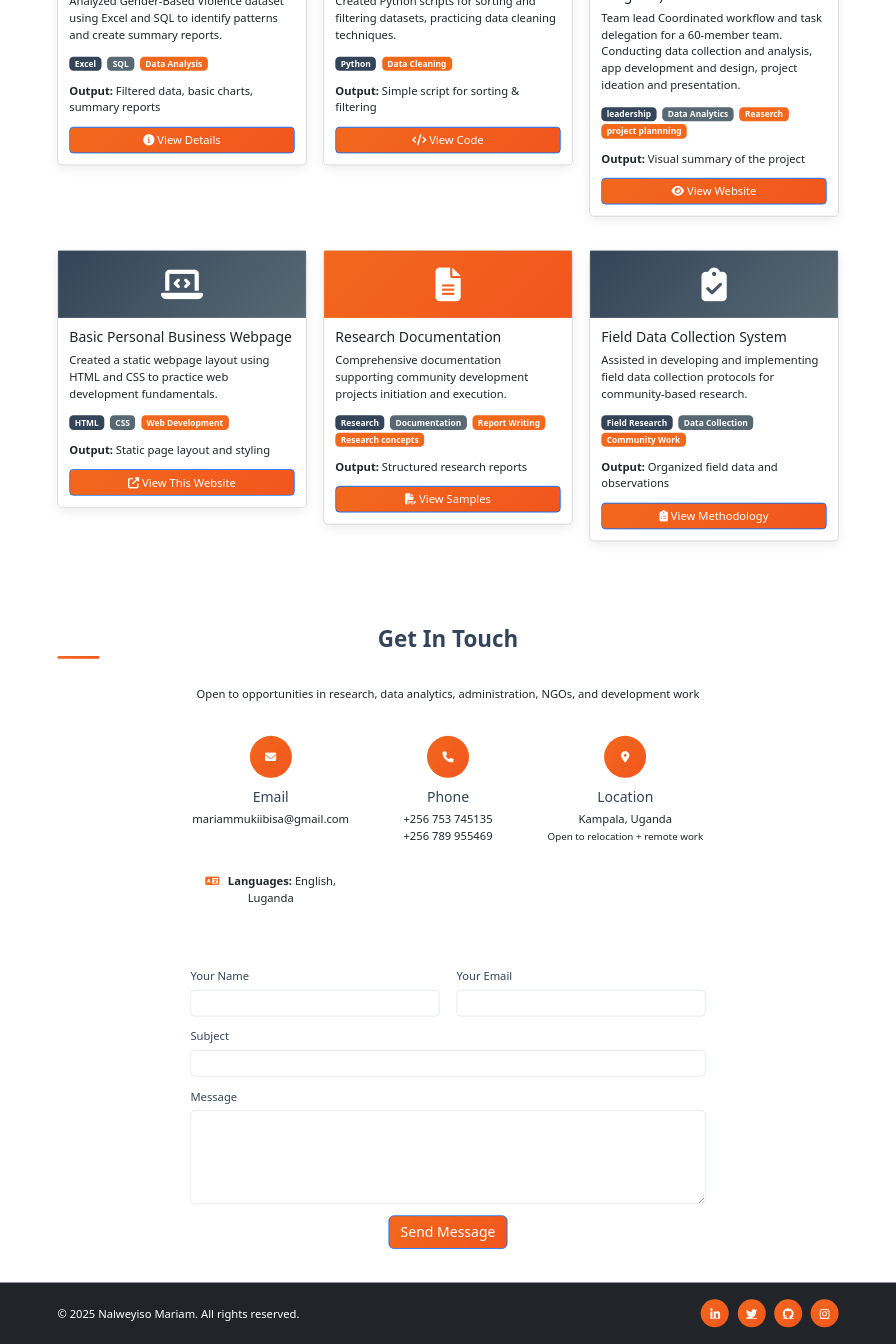
Repository: NalweMari/My-Personal-Portfolio
Page: index.html
An editor plug-in stored every save of this project. The page is shown before and after a run of saves, followed by the edit.
The browser window is 1280 px wide. The pictures show the part of the page from y = 1803 to 3723 px (the page is 3723 px tall), at 70% of full size.
A picture or video elsewhere on the page could not be fetched, so the positions and the page height are approximate.

Above is the page before, as saved 2025-12-05 17:40:28.
Console error (its wording comes from the project's code and is left out).

### index.html
<!DOCTYPE html>
<html lang="en">

<head>
    <meta charset="UTF-8">
    <meta name="viewport" content="width=device-width, initial-scale=1.0">
    <title>Nalweyiso Mariam - Research assistant/Data Analyst </title>
    <link rel="stylesheet" href="style.css">
    <link href="https://cdn.jsdelivr.net/npm/bootstrap@5.3.0/dist/css/bootstrap.min.css" rel="stylesheet">
    <link rel="stylesheet" href="https://cdnjs.cloudflare.com/ajax/libs/font-awesome/6.4.0/css/all.min.css">
</head>

<body>
    <!-- Navigation -->
    <nav class="navbar navbar-expand-lg navbar-dark bg-dark fixed top">
        <div class="container sm">
            <a class="navbar-brand Logo" href="#"><img src="images/Initials_Logo-preview (1).png" alt="Your Logo"
                    height="80"></a> <button class="navbar-toggler" type="button" data- 6 toggle="collapse"
                data-target="#navbarNav" aria-controls="navbarNav" aria-expanded="false" aria-label="Toggle navigation">
                <span class="navbar-toggler-icon"></span> </button>
            <div class="collapse navbar-collapse" id="navbarNav">
                <ul class="navbar-nav ms-auto">
                    <li class="nav-item"><a class="nav-link" href="#home">Home</a></li>
                    <li class="nav-item"><a class="nav-link" href="#about">About</a></li>
                    <li class="nav-item"><a class="nav-link" href="#skills">Skills</a></li>
                    <li class="nav-item"><a class="nav-link" href="#portfolio">Portfolio</a></li>
                    <li class="nav-item"><a class="nav-link" href="#contact">Contact</a></li>
                </ul>
            </div>
        </div>
    </nav>

    <!-- Hero Section -->
    <section id="home" class="hero-section">
        <div class="container">
            <div class="row align-items-center">
                <div class="col-lg-6">
                    <h1 class="display-4 fw-bold mb-3">HI I'M NALWEYISO MARIAM</h1>
                    <p class="lead mb-4">Research Assistant/Data Analyst with 4 years experience in social research and
                        data
                        collection</p>
                    <div class="d-flex flex-wrap gap-3">
                        <a href="#contact" class="btn btn-outline-light btn-lg">Contact Me</a>
                    </div>
                </div>
                <div class="col-lg-6 text-center mt-5 mt-lg-0">
                    <img src="images/Profile design.png" class="profile-image rounded-circle" alt="Nalweyiso Mariam">
                </div>
            </div>
        </div>
    </section>

    <!-- About Section -->
    <section id="about" class="py-5 bg-custom">
        <div class="container">
            <h2 class="section-title">About Me</h2>
            <div class="row align-items-center">
                <div class="col-lg-4 text-center mb-4 mb-lg-0">
                    <img src="images/woman coding.jpg" class="img-fluid rounded shadow" alt="Nalweyiso Mariam"
                        style="max-width: 300px;">
                </div>
                <div class="col-lg-8">
                    <p class="lead"><strong>Motivated and detail-oriented professional with hands-on
                        experience in research and data collection.</strong></p>
                    <p>Currently developing strong analytical capacity with practical learning in Excel,
                            SQL, Python, and data visualization. Skilled in documentation, scheduling,
                        planning, teamwork, and report drafting, with additional beginner-level exposure to web
                        development.</p>
                    <div class="row mt-4">
                        <div class="col-md-6">
                            <ul class="list-unstyled">
                                <li class="mb-2"><i class="fas fa-check text-primary me-2"></i> Social Research</li>
                                <li class="mb-2"><i class="fas fa-check text-primary me-2"></i> Data Analysis</li>
                                <li class="mb-2"><i class="fas fa-check text-primary me-2"></i> Qualitative Methods
                                </li>
                            </ul>
                        </div>
                        <div class="col-md-6">
                            <ul class="list-unstyled">
                                <li class="mb-2"><i class="fas fa-check text-primary me-2"></i> web development</li>
                                <li class="nav-item"><i class="fas fa-check text-primary me-2"></i> Data
                                    Visualization
                                </li>
                                <li class="mb-2"><i class="fas fa-check text-primary me-2"></i> Project
                                    Documentation
                                </li>
                            </ul>
                        </div>
                    </div>
                    <div class="mt-4">
                        <a href="Resume/NALWEYISO-MARIAM-Resume-2025.pdf" class="btn btn-primary me-3"><i class="fas fa-download me-2"></i>Download CV</a>
                    </div>
                </div>
            </div>
        </div>
    </section>
    <!-- Skills Section -->
    <section id="skills" class="py-5">
        <div class="container">
            <h2 class="section-title text-center">My Skills</h2>
            <div class="row">
                <div class="col-md-6">
                    <h5 class="mt-4">Data Analysis & Research</h5>
                    <div class="skill-bar">
                        <div class="skill-progress" style="width: 90%"></div>
                    </div>

                    <h5 class="mt-4">Qualitative Research</h5>
                    <div class="skill-bar">
                        <div class="skill-progress" style="width: 85%"></div>
                    </div>

                    <h5 class="mt-4">Basic Analysis</h5>
                    <div class="skill-bar">
                        <div class="skill-progress" style="width: 70%"></div>
                    </div>

                    <h5 class="mt-4">Data Collection</h5>
                    <div class="skill-bar">
                        <div class="skill-progress" style="width: 88%"></div>
                    </div>
                </div>
                <div class="col-md-6">
                    <h5 class="mt-4">Data Visualization</h5>
                    <div class="skill-bar">
                        <div class="skill-progress" style="width: 65%"></div>
                    </div>

                    <h5 class="mt-4">Documentation</h5>
                    <div class="skill-bar">
                        <div class="skill-progress" style="width: 92%"></div>
                    </div>

                    <h5 class="mt-4">Project Planning</h5>
                    <div class="skill-bar">
                        <div class="skill-progress" style="width: 83%"></div>
                    </div>

                    <h5 class="mt-4">Team Collaboration</h5>
                    <div class="skill-bar">
                        <div class="skill-progress" style="width: 87%"></div>
                    </div>
                </div>
            </div>
        </div>
    </section>

    <!-- Portfolio Section -->
    <section id="portfolio" class="py-5">
        <div class="container">
            <h2 class="section-title text-center">Projects & Practice Work</h2>
            <p class="text-center mb-5">Hands-on projects showcasing my data analysis, research, web development and
                adminstrative skills</p>

            <div class="row">
                <!-- Project 1: GBV Dataset Analysis -->
                <div class="col-lg-4 col-md-6 mb-4">
                    <div class="card project-card">
                        <div class="card-header-accent text-center py-4">
                            <i class="fas fa-database fa-3x"></i>
                        </div>
                        <div class="card-body d-flex flex-column">
                            <h5 class="card-title">GBV Dataset Analysis (Ongoing)</h5>
                            <p class="card-text flex-grow-1">
                                Analyzed Gender-Based Violence dataset using Excel and SQL to identify patterns and
                                create
                                summary reports.
                            </p>
                            <div class="mb-3">
                                <span class="badge badge-primary me-1">Excel</span>
                                <span class="badge badge-secondary me-1">SQL</span>
                                <span class="badge badge-accent">Data Analysis</span>
                            </div>
                            <div class="mt-auto">
                                <p><strong>Output:</strong> Filtered data, basic charts, summary reports</p>
                                <button class="btn btn-primary w-100"
                                    onclick="alert('Project details available upon request')">
                                    <i class="fas fa-info-circle me-1"></i>View Details
                                </button>
                            </div>
                        </div>
                    </div>
                </div>

                <!-- Project 2: Python Data Cleaning -->
                <div class="col-lg-4 col-md-6 mb-4">
                    <div class="card project-card">
                        <div class="card-header-primary text-center py-4">
                            <i class="fab fa-python fa-3x"></i>
                        </div>
                        <div class="card-body d-flex flex-column">
                            <h5 class="card-title">Python Data Cleaning Practice</h5>
                            <p class="card-text flex-grow-1">
                                Created Python scripts for sorting and filtering datasets, practicing data cleaning
                                techniques.
                            </p>
                            <div class="mb-3">
                                <span class="badge badge-primary me-1">Python</span>
                                <span class="badge badge-accent">Data Cleaning</span>
                            </div>
                            <div class="mt-auto">
                                <p><strong>Output:</strong> Simple script for sorting & filtering</p>
                                <button class="btn btn-primary w-100"
                                    onclick="alert('Python code samples available upon request')">
                                    <i class="fas fa-code me-1"></i>View Code
                                </button>
                            </div>
                        </div>
                    </div>
                </div>

                <!-- Project 3: villam hub -->
                <div class="col-lg-4 col-md-6 mb-4">
                    <div class="card project-card">
                        <div class="card-header-accent text-center py-4">
                            <i class="fas fa-chart-line fa-3x"></i>
                        </div>
                        <div class="card-body d-flex flex-column">
                            <h5 class="card-title">Capstone project VILLAM HUB (In Progress)</h5>
                            <p class="card-text flex-grow-1">
                                Team lead
                                Coordinated workflow and task delegation for a 60-member team. Conducting data collection
                                and analysis, app development and design, project ideation and presentation.
                            </p>
                            <div class="mb-3">
                                <span class="badge badge-primary me-1">leadership</span>
                                <span class="badge badge-secondary me-1">Data Analytics</span>
                                <span class="badge badge-accent">Reaserch</span>
                                <span class="badge badge-accent">project plannning</span>
                            </div>
                            <div class="mt-auto">
                                <p><strong>Output:</strong> Visual summary of the project</p>
                                <button class="btn btn-primary w-100" onclick="alert('Website preview coming soon')">
                                    <i class="fas fa-eye me-1"></i>View Website
                                </button>
                            </div>
                        </div>
                    </div>
                </div>
            </div>

            <!-- Second Row of Projects -->
            <div class="row mt-4">
                <!-- Project 4: Personal Webpage -->
                <div class="col-lg-4 col-md-6 mb-4">
                    <div class="card project-card">
                        <div class="card-header-primary text-center py-4">
                            <i class="fas fa-laptop-code fa-3x"></i>
                        </div>
                        <div class="card-body d-flex flex-column">
                            <h5 class="card-title">Basic Personal Business Webpage</h5>
                            <p class="card-text flex-grow-1">
                                Created a static webpage layout using HTML and CSS to practice web development
                                fundamentals.
                            </p>
                            <div class="mb-3">
                                <span class="badge badge-primary me-1">HTML</span>
                                <span class="badge badge-secondary me-1">CSS</span>
                                <span class="badge badge-accent">Web Development</span>
                            </div>
                            <div class="mt-auto">
                                <p><strong>Output:</strong> Static page layout and styling</p>
                                <a href="https://nalwemari.github.io/RoomieSync-H/" class="btn btn-primary w-100">
                                    <i class="fas fa-external-link-alt me-1"></i>View This Website
                                </a>
                            </div>
                        </div>
                    </div>
                </div>

                <!-- Project 5: Research Documentation -->
                <div class="col-lg-4 col-md-6 mb-4">
                    <div class="card project-card">
                        <div class="card-header-accent text-center py-4">
                            <i class="fas fa-file-alt fa-3x"></i>
                        </div>
                        <div class="card-body d-flex flex-column">
                            <h5 class="card-title">Research Documentation</h5>
                            <p class="card-text flex-grow-1">
                                Comprehensive documentation supporting community development projects initiation and
                                execution.
                            </p>
                            <div class="mb-3">
                                <span class="badge badge-primary me-1">Research</span>
                                <span class="badge badge-secondary me-1">Documentation</span>
                                <span class="badge badge-accent">Report Writing</span>
                                <span class="badge badge-accent">Research concepts</span>
                            </div>
                            <div class="mt-auto">
                                <p><strong>Output:</strong> Structured research reports</p>
                                <button class="btn btn-primary w-100"
                                    onclick="alert('Research documentation samples available upon request')">
                                    <i class="fas fa-file-pdf me-1"></i>View Samples
                                </button>
                            </div>
                        </div>
                    </div>
                </div>

                <!-- Project 6: Field Data Collection -->
                <div class="col-lg-4 col-md-6 mb-4">
                    <div class="card project-card">
                        <div class="card-header-primary text-center py-4">
                            <i class="fas fa-clipboard-check fa-3x"></i>
                        </div>
                        <div class="card-body d-flex flex-column">
                            <h5 class="card-title">Field Data Collection System</h5>
                            <p class="card-text flex-grow-1">
                                Assisted in developing and implementing field data collection protocols for
                                community-based research.
                            </p>
                            <div class="mb-3">
                                <span class="badge badge-primary me-1">Field Research</span>
                                <span class="badge badge-secondary me-1">Data Collection</span>
                                <span class="badge badge-accent">Community Work</span>
                            </div>
                            <div class="mt-auto">
                                <p><strong>Output:</strong> Organized field data and observations</p>
                                <button class="btn btn-primary w-100"
                                    onclick="alert('Data collection methodology available upon request')">
                                    <i class="fas fa-clipboard-list me-1"></i>View Methodology
                                </button>
                            </div>
                        </div>
                    </div>
                </div>
            </div>
        </div>
    </section>

    <!-- Contact Section -->
    <section id="contact" class="py-5 bg-
    d">
        <div class="container">
            <h2 class="section-title text-center">Get In Touch</h2>
            <p class="text-center mb-5">Open to opportunities in research, data analytics, administration, NGOs, and
                development work</p>

            <div class="row">
                <div class="col-lg-8 mx-auto">
                    <div class="row mb-5">
                        <div class="col-md-4 text-center mb-4">
                            <div class="contact-icon">
                                <i class="fas fa-envelope text-white"></i>
                            </div>
                            <h5 style="color: var(--primary-color);">Email</h5>
                            <p>mariammukiibisa@gmail.com</p>
                        </div>
                        <div class="col-md-4 text-center mb-4">
                            <div class="contact-icon">
                                <i class="fas fa-phone text-white"></i>
                            </div>
                            <h5 style="color: var(--primary-color);">Phone</h5>
                            <p>+256 753 745135<br>+256 789 955469</p>
                        </div>
                        <div class="col-md-4 text-center mb-4">
                            <div class="contact-icon">
                                <i class="fas fa-map-marker-alt text-white"></i>
                            </div>
                            <h5 style="color: var(--primary-color);">Location</h5>
                            <p>Kampala, Uganda<br><small>Open to relocation + remote work</small></p>
                        </div>
                        <div class="col-md-4 text-center mb-4">
                            <p><i class="fas fa-language me-2" style="color: var(--accent-1);"></i>
                                <strong>Languages:</strong> English, Luganda</p>
                        </div>
                    </div>

                    <form>
                        <div class="row">
                            <div class="col-md-6 mb-3">
                                <label for="name" class="form-label" style="color: var(--primary-color);">Your
                                    Name</label>
                                <input type="text" class="form-control" id="name" required>
                            </div>
                            <div class="col-md-6 mb-3">
                                <label for="email" class="form-label" style="color: var(--primary-color);">Your
                                    Email</label>
                                <input type="email" class="form-control" id="email" required>
                            </div>
                        </div>
                        <div class="mb-3">
                            <label for="subject" class="form-label" style="color: var(--primary-color);">Subject</label>
                            <input type="text" class="form-control" id="subject" required>
                        </div>
                        <div class="mb-3">
                            <label for="message" class="form-label" style="color: var(--primary-color);">Message</label>
                            <textarea class="form-control" id="message" rows="5" required></textarea>
                        </div>
                        <div class="text-center">
                            <button type="submit" class="btn btn-primary btn-lg">Send Message</button>
                        </div>
                    </form>

                </div>
            </div>
        </div>
    </section>

    <!-- Footer -->
    <footer class="bg-dark text-white py-4">
        <div class="container">
            <div class="row align-items-center">
                <div class="col-md-6 text-center text-md-start">
                    <p class="mb-0">&copy; 2025 Nalweyiso Mariam. All rights reserved.</p>
                </div>
                <div class="col-md-6 text-center text-md-end">
                    <div class="mt-3 mt-md-0">
                        <a href="#" class="social-icon me-2"><i class="fab fa-linkedin-in"></i></a>
                        <a href="#" class="social-icon me-2"><i class="fab fa-twitter"></i></a>
                        <a href="#" class="social-icon me-2"><i class="fab fa-github"></i></a>
                        <a href="#" class="social-icon"><i class="fab fa-instagram"></i></a>
                    </div>
                </div>
            </div>
        </div>
    </footer>
    <script src="https://stackpath.bootstrapcdn.com/bootstrap/4.5.2/js/bootstrap.min.js"></script>
</body>

</html>

Loaded but not shown: Style.css (215 lines, source omitted)

After the next 4 saves:
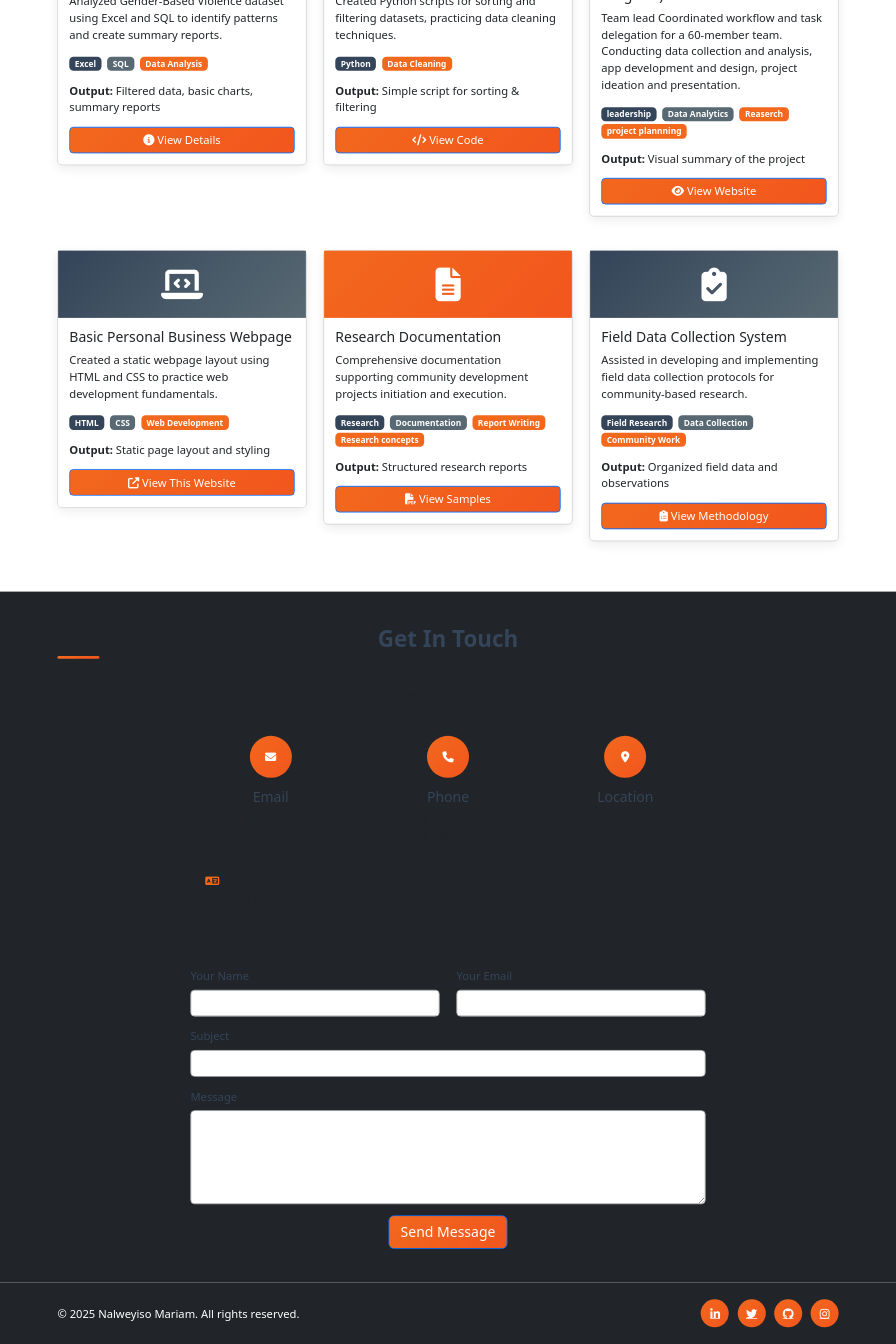
The 4 saves are shown as one change because they came seconds apart.
The last was saved 22 s later.
--- a/index.html
+++ b/index.html
@@ -329,8 +329,7 @@
     </section>
 
     <!-- Contact Section -->
-    <section id="contact" class="py-5 bg-
-    d">
+    <section id="contact" class="py-5 bg-dark">
         <div class="container">
             <h2 class="section-title text-center">Get In Touch</h2>
             <p class="text-center mb-5">Open to opportunities in research, data analytics, administration, NGOs, and
